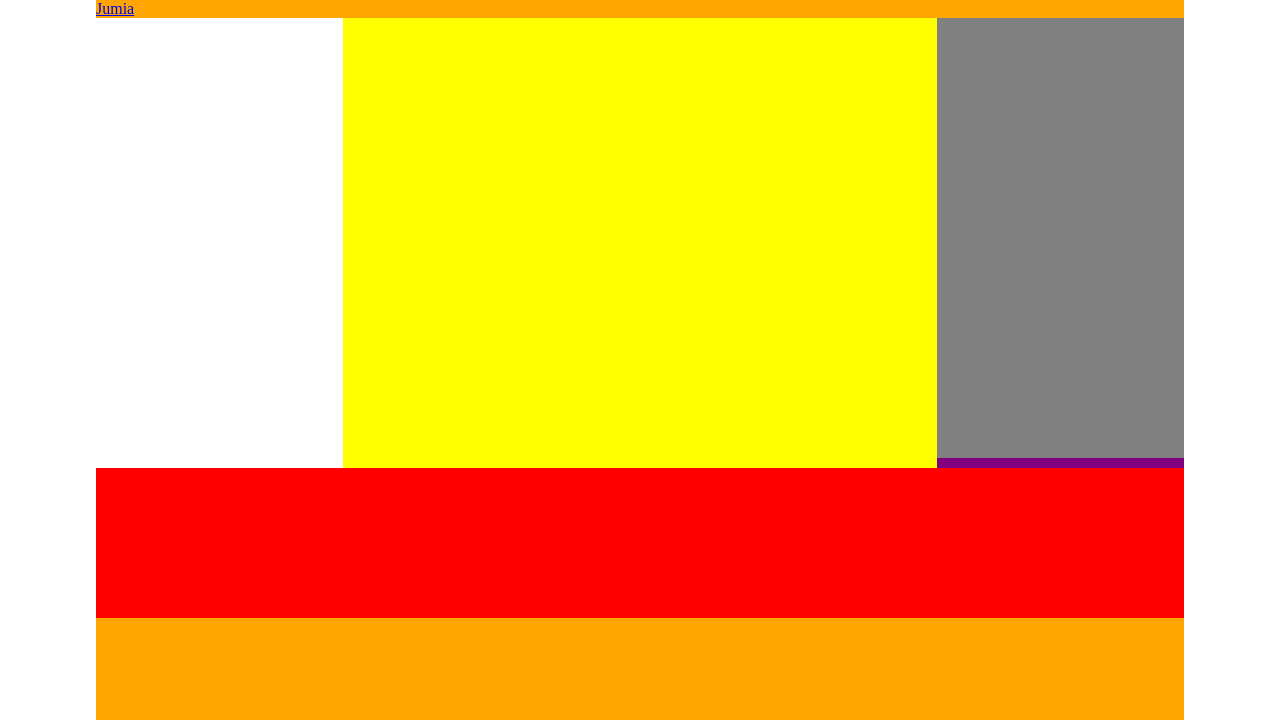
Repository: latenightsnacc/HTML-LESSONS
Page: WEB-DESIGN-3/Lessons/flex_layout.html
The author's editor kept a copy of each file at every save. The page is drawn from the files as they stood at one save, then again after the next save.
The browser window is 1280 px wide. The pictures show the whole page.

Above is the page before, as saved 2022-02-04 14:23:12.

After the next save:
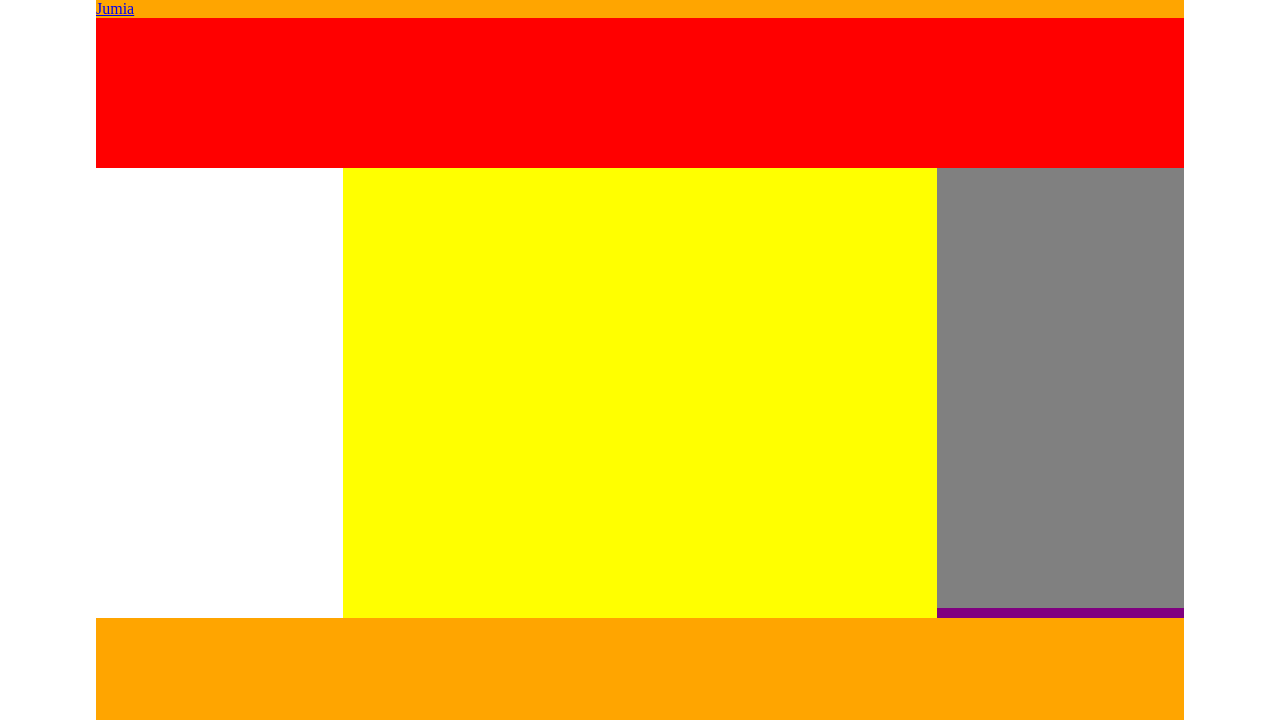
Saved 19 s later.
--- a/WEB-DESIGN-3/Lessons/flex_layout.css
+++ b/WEB-DESIGN-3/Lessons/flex_layout.css
@@ -17,7 +17,7 @@
     display: flex;
     flex-direction: row;
     justify-content: space-around;
-    align-items: ;
+    align-items: flex-end;
 }
 .sideMenu {
     background-color: white;

After the save that followed:
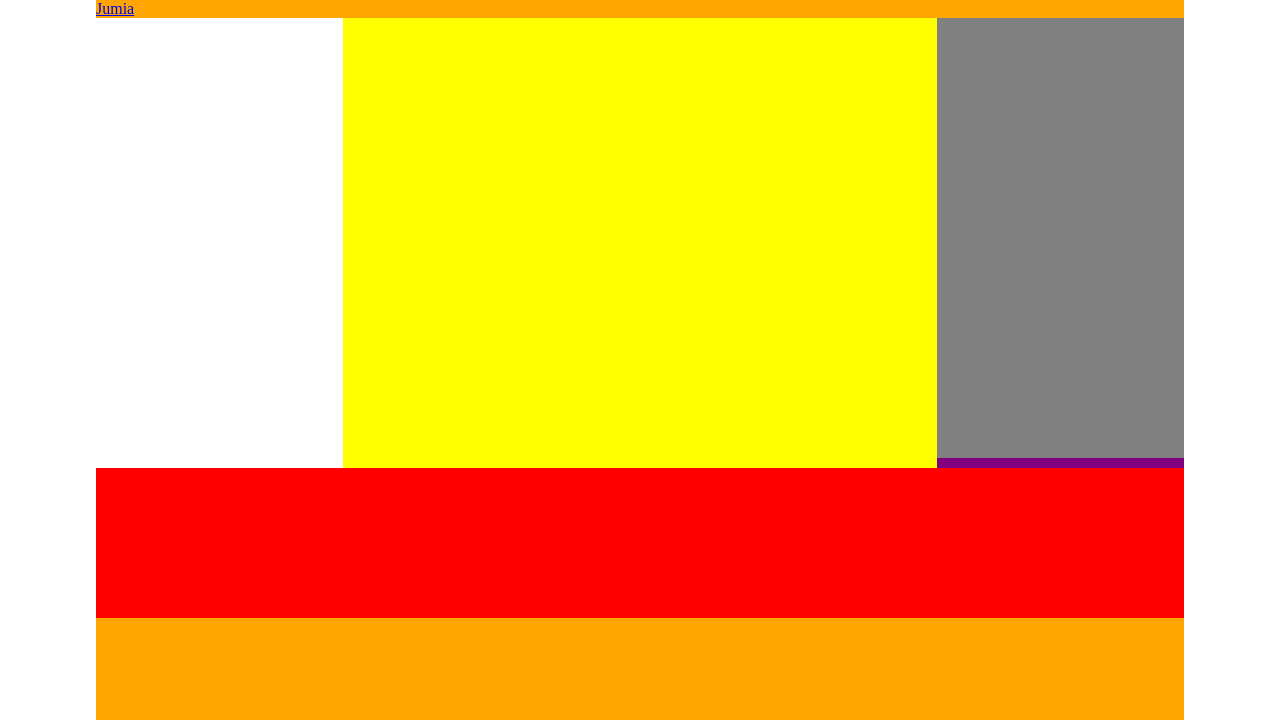
Saved 5 s later.
--- a/WEB-DESIGN-3/Lessons/flex_layout.css
+++ b/WEB-DESIGN-3/Lessons/flex_layout.css
@@ -17,7 +17,7 @@
     display: flex;
     flex-direction: row;
     justify-content: space-around;
-    align-items: flex-end;
+    align-items: flex-start;
 }
 .sideMenu {
     background-color: white;
